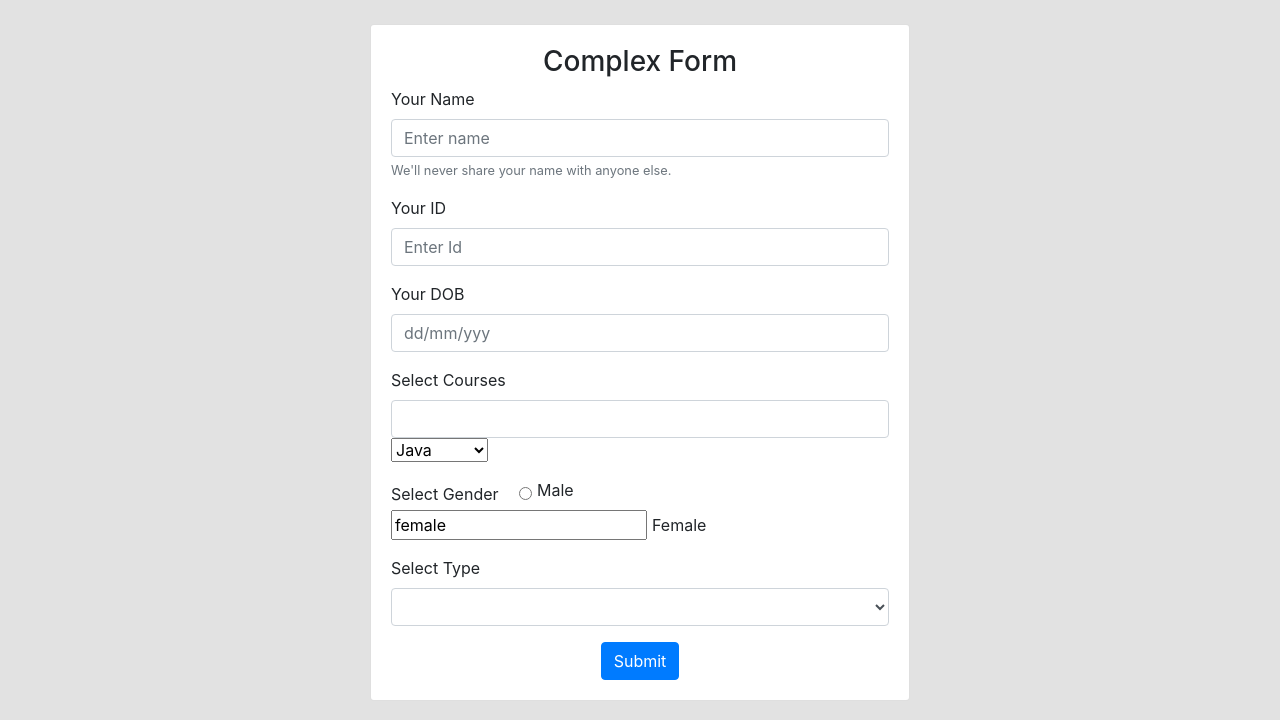
Repository: agupta003/3-18-2024
Page: http://localhost/spring-mvc-orm-db-Fileupload-multipart-resolver/WEB-INF/views/jsp/complex_form.jsp
The author's editor kept a copy of each file at every save. The page is drawn from the files as they stood at one save, then again after the next save.
The browser window is 1280 px wide. The pictures show the whole page.
Some web libraries are served in a nearby version. The page is served by Tomcat 10. Nobody is signed in. The template is opened directly, without the code that normally fills it, so the values that code supplies are empty.

Above is the page before, as saved 2024-03-28 03:32:53.

After the next save:
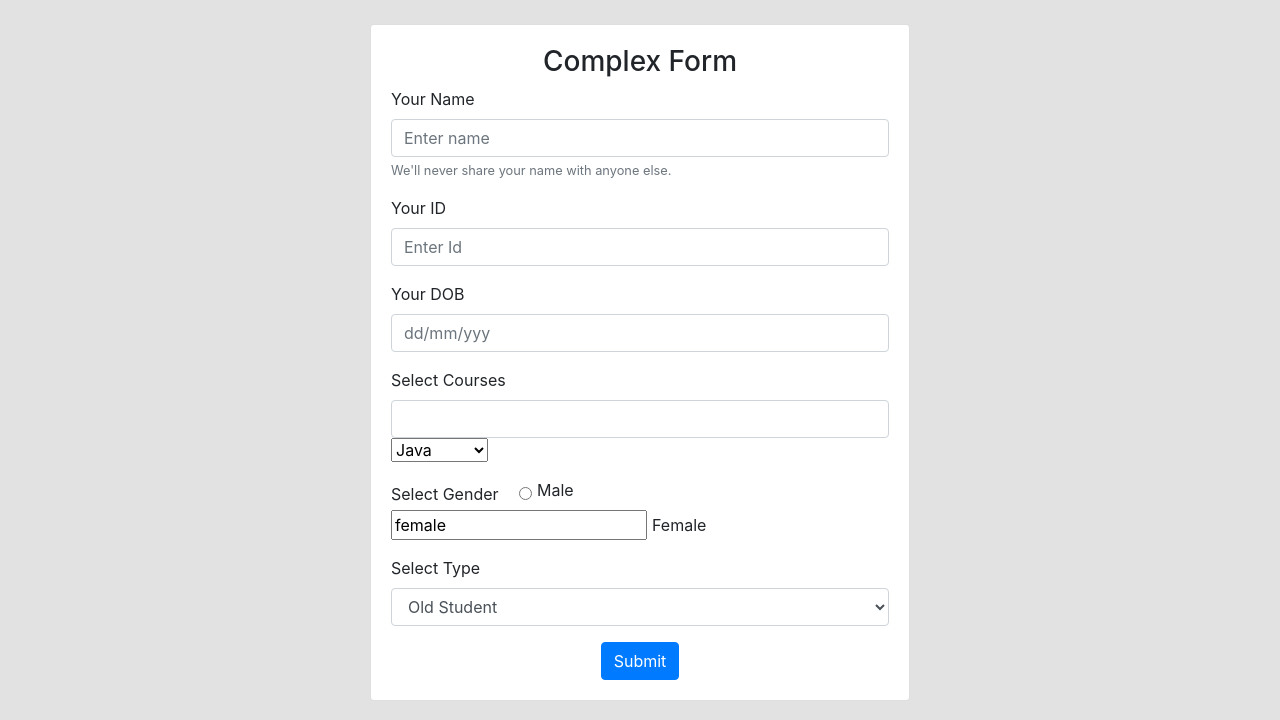
Saved 60 s later.
--- a/spring-mvc-orm-db-Fileupload-multipart-resolver/src/main/webapp/WEB-INF/views/jsp/complex_form.jsp
+++ b/spring-mvc-orm-db-Fileupload-multipart-resolver/src/main/webapp/WEB-INF/views/jsp/complex_form.jsp
@@ -70,8 +70,8 @@
 							<div class="form-group">
 								<label for="">Select Type</label>
 								<select class="form-control" name="type">
-									<opttion value="oldstudent">Old Student</opttion>
-									<opttion value="normalstudent">Normal Student</opttion>
+									<option value="oldstudent">Old Student</option>
+									<option value="normalstudent">Normal Student</option>
 								</select>
 							</div>
 							<div class="container- text-center">
